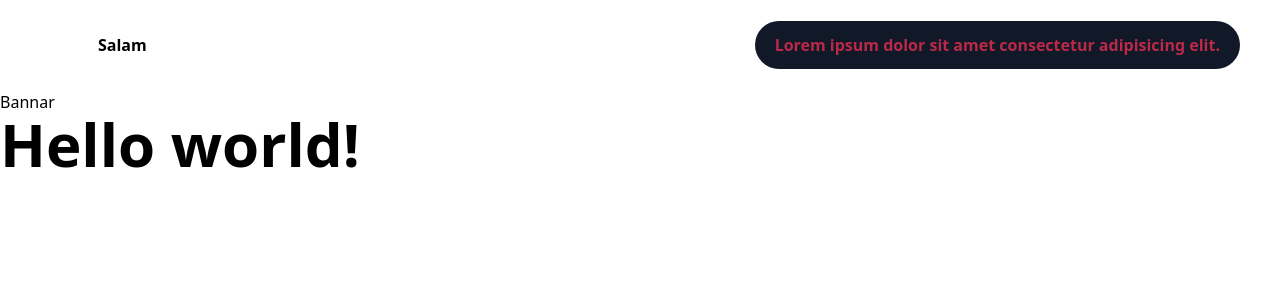
Repository: khaled-m1/Blog-Next.js
Page: /
The author's editor kept a copy of each file at every save. The page is drawn from the files as they stood at one save, then again after a run of saves.
The browser window is 1280 px wide. The pictures show the whole page.
The project was rebuilt for these pictures with package versions that can differ from the ones it lists, and the page was loaded fresh each time. The framework's server and built-in components were replaced by stand-ins that run in the browser. Also part of the build but not shown: next.config.js.

Above is the page before, as saved 2023-01-15 23:39:40.

### app/layout.tsx
import "../styles/globals.css";

export default function RootLayout({
  children,
}: {
  children: React.ReactNode;
}) {
  return (
    <html>
      <body>{children}</body>
    </html>
  );
}

### app/(user)/layout.tsx
import { Bannar } from "../../components/Bannar";
import Header from "../../components/Header";
import "../../styles/globals.css";

export default function RootLayout({
  children,
}: {
  children: React.ReactNode;
}) {
  return (
    <html>
      <body>
        <Header />
        <Bannar />
        {children}
      </body>
    </html>
  );
}

### app/(user)/page.tsx
export default function HomePage() {
  return <h1 className="text-6xl  font-bold ">Hello world!</h1>;
}

### styles/globals.css
:root {
  --max-width: 1100px;
  --border-radius: 12px;
  --font-mono: ui-monospace, Menlo, Monaco, "Cascadia Mono", "Segoe UI Mono",
    "Roboto Mono", "Oxygen Mono", "Ubuntu Monospace", "Source Code Pro",
    "Fira Mono", "Droid Sans Mono", "Courier New", monospace;

  --foreground-rgb: 0, 0, 0;
  --background-start-rgb: 214, 219, 220;
  --background-end-rgb: 255, 255, 255;

  --primary-glow: conic-gradient(
    from 180deg at 50% 50%,
    #16abff33 0deg,
    #0885ff33 55deg,
    #54d6ff33 120deg,
    #0071ff33 160deg,
    transparent 360deg
  );
  --secondary-glow: radial-gradient(
    rgba(255, 255, 255, 1),
    rgba(255, 255, 255, 0)
  );

  --tile-start-rgb: 239, 245, 249;
  --tile-end-rgb: 228, 232, 233;
  --tile-border: conic-gradient(
    #00000080,
    #00000040,
    #00000030,
    #00000020,
    #00000010,
    #00000010,
    #00000080
  );

  --callout-rgb: 238, 240, 241;
  --callout-border-rgb: 172, 175, 176;
  --card-rgb: 180, 185, 188;
  --card-border-rgb: 131, 134, 135;
}

@media (prefers-color-scheme: dark) {
  :root {
    --foreground-rgb: 255, 255, 255;
    --background-start-rgb: 0, 0, 0;
    --background-end-rgb: 0, 0, 0;

    --primary-glow: radial-gradient(rgba(1, 65, 255, 0.4), rgba(1, 65, 255, 0));
    --secondary-glow: linear-gradient(
      to bottom right,
      rgba(1, 65, 255, 0),
      rgba(1, 65, 255, 0),
      rgba(1, 65, 255, 0.3)
    );

    --tile-start-rgb: 2, 13, 46;
    --tile-end-rgb: 2, 5, 19;
    --tile-border: conic-gradient(
      #ffffff80,
      #ffffff40,
      #ffffff30,
      #ffffff20,
      #ffffff10,
      #ffffff10,
      #ffffff80
    );

    --callout-rgb: 20, 20, 20;
    --callout-border-rgb: 108, 108, 108;
    --card-rgb: 100, 100, 100;
    --card-border-rgb: 200, 200, 200;
  }
}
* {
  box-sizing: border-box;
  padding: 0;
  margin: 0;
}

html,
body {
  max-width: 100vw;
  overflow-x: hidden;
}

/* body {
  color: rgb(var(--foreground-rgb));
  background: linear-gradient(
      to bottom,
      transparent,
      rgb(var(--background-end-rgb))
    )
    rgb(var(--background-start-rgb));
} */

a {
  color: inherit;
  text-decoration: none;
}

@media (prefers-color-scheme: dark) {
  html {
    color-scheme: dark;
  }
}

@tailwind base;
@tailwind components;
@tailwind utilities;

### components/Bannar.tsx
import React from 'react'

export const Bannar = () => {
  return (
    <div>Bannar</div>
  )
}

### components/Header.tsx
import Image from "next/image";
import Link from "next/link";
import Logo from "../img/LOGO2.png";
import {
  BoltIcon,
  DevicePhoneMobileIcon,
  GlobeAltIcon,
  ScaleIcon,
} from "@heroicons/react/24/outline";
const Header = () => {
  const features = [
    {
      name: "Competitive exchange rates",
      description:
        "Lorem ipsum, dolor sit amet consectetur adipisicing elit. Maiores impedit perferendis suscipit eaque, iste dolor cupiditate blanditiis ratione.",
      icon: GlobeAltIcon,
    },
    {
      name: "No hidden fees",
      description:
        "Lorem ipsum, dolor sit amet consectetur adipisicing elit. Maiores impedit perferendis suscipit eaque, iste dolor cupiditate blanditiis ratione.",
      icon: ScaleIcon,
    },
    {
      name: "Transfers are instant",
      description:
        "Lorem ipsum, dolor sit amet consectetur adipisicing elit. Maiores impedit perferendis suscipit eaque, iste dolor cupiditate blanditiis ratione.",
      icon: BoltIcon,
    },
    {
      name: "Mobile notifications",
      description:
        "Lorem ipsum, dolor sit amet consectetur adipisicing elit. Maiores impedit perferendis suscipit eaque, iste dolor cupiditate blanditiis ratione.",
      icon: DevicePhoneMobileIcon,
    },
  ];
  return (
    <div className="flex items-center justify-between space-x-2 font-bold px-10 py-5">
      <div className="flex items-center space-x-2">
        <Link href="/">
          <Image
            className="rounded-full"
            src={Logo}
            width={50}
            height={50}
            alt="logo"
          />
        </Link>
        <h1>Salam</h1>
      </div>
      {/* 2 */}
      <div>
      <Link href="/" className="px-5 py-3 text-sm md:text-base bg-gray-900 text-[#BA2948] flex items-center rounded-full text-center">
          Lorem ipsum dolor sit amet consectetur adipisicing elit.
        </Link>
      </div>
    </div>
  );
};

export default Header;

Loaded but not shown: tailwind.config.js (common file)

After the next 3 saves:
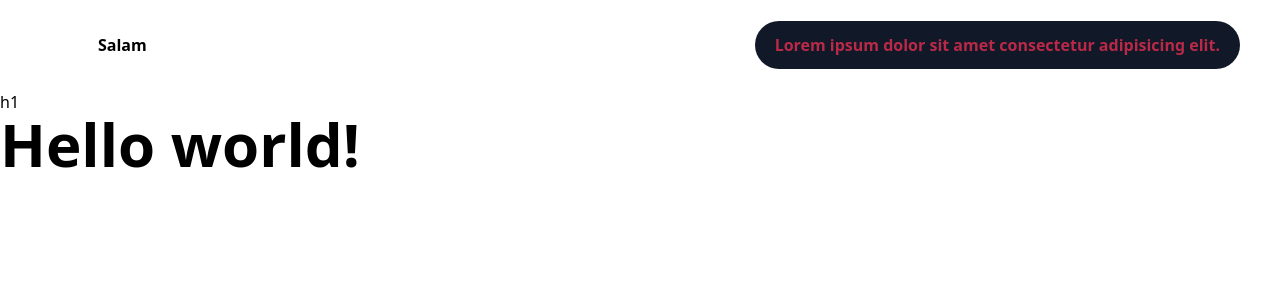
The 3 saves are shown as one change because they came seconds apart.
The last was saved 76 s later.
--- a/components/Bannar.tsx
+++ b/components/Bannar.tsx
@@ -1,7 +1,11 @@
-import React from 'react'
+import React from "react";
 
 export const Bannar = () => {
   return (
-    <div>Bannar</div>
-  )
-}
+    <div>
+      <div>
+        h1
+      </div>
+    </div>
+  );
+};
